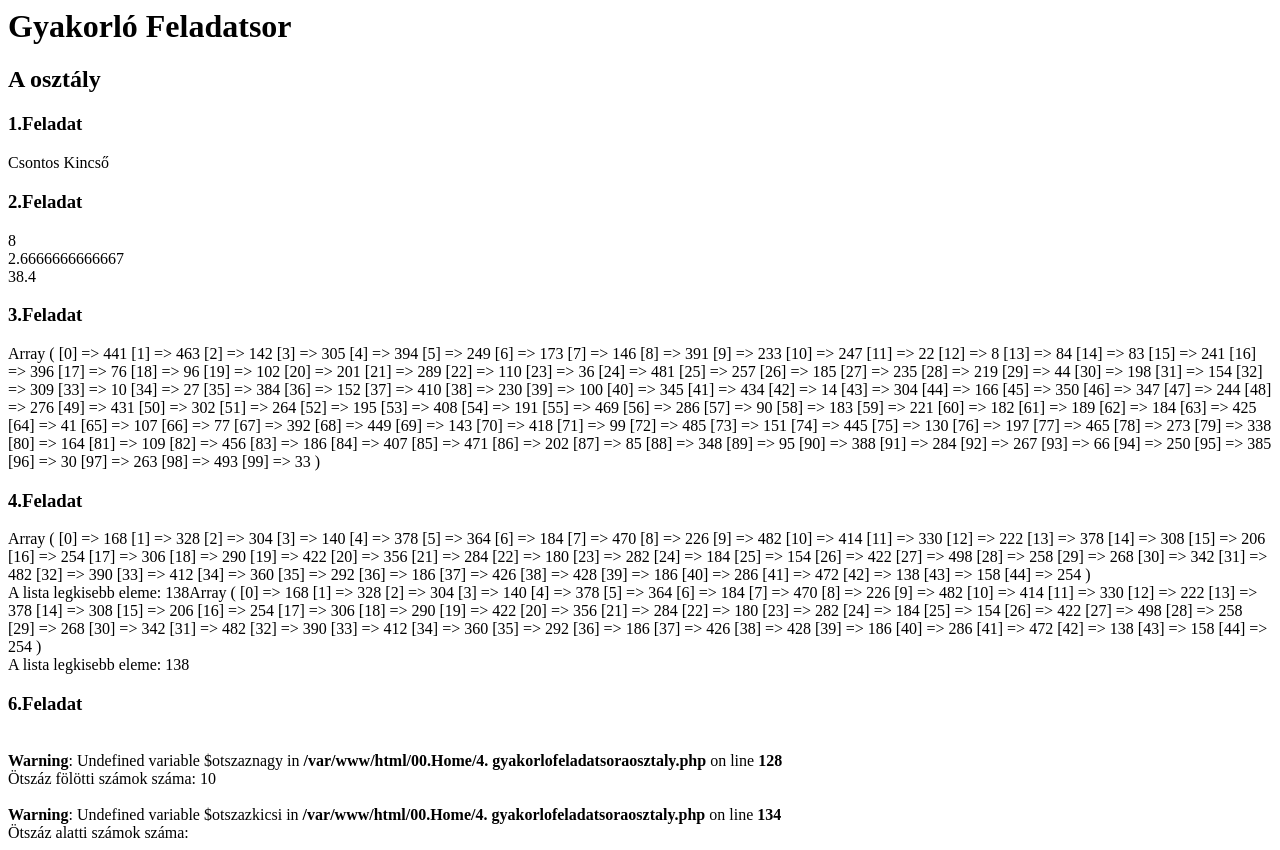
Repository: doomhyena/htdocs
Page: http://localhost/00.Home/4. gyakorlofeladatsoraosztaly.php
An editor plug-in stored every save of this project. The page is shown before and after a run of saves, followed by the edit.
The browser window is 1280 px wide. The pictures show the whole page.
The page is run by PHP 8.4 with error messages shown; the project is at /var/www/html/.

Above is the page before, as saved 2024-09-27 09:42:49.

### 00.Home/4. gyakorlofeladatsoraosztaly.php
<?php

echo "<h1>Gyakorló Feladatsor</h1>";
echo "<h2>A osztály</h2>";

echo "<h3>1.Feladat</h3>";

echo "Csontos Kincső";

// ----------------------------------------------------------------------

echo "<h3>2.Feladat</h3>";

$a = 2;
$b = 4;
$c = 8;
$d = 3;

echo $a * $b;
echo "<br>";
echo $c / $d;
echo "<br>";
echo ($a * $b * $c * $d) / ($a + $d);

// ----------------------------------------------------------------------

echo "<h3>3.Feladat</h3>";

$lista = array();
while(count($lista) < 100) {
    $rando = rand(0, 500);

    if(!in_array($rando, $lista)) {
        $lista[] = $rando;
    }
}

print_r($lista);

// ----------------------------------------------------------------------

echo "<h3>4.Feladat</h3>";

$lista = array();

for ($i = 0; $i < 100; $i++) {
    $random_szam = rand(0, 500);

    if ($random_szam > 100 && $random_szam % 2 === 0) {
        $lista[] = $random_szam;
    }
}

if (count($lista) > 0) {
    $legkisebb = $lista[0];  // Az első elemre állítjuk a kezdőértéket

    for ($i = 1; $i < count($lista); $i++) {
        if ($lista[$i] < $legkisebb) {
            $legkisebb = $lista[$i];
        }
    }
    print_r($lista);
    echo "<br>";
    echo "A lista legkisebb eleme: $legkisebb";
}


print_r($lista);
echo "<br>";
echo "A lista legkisebb eleme: $legkisebb";

// ----------------------------------------------------------------------

/*
echo "<h3>5.Feladat</h3>";

$lista = array();
while(count($lista) < 100) {
    $rando = rand(0, 1000);

    if(!in_array($rando, $lista)) {
        $lista[] = $rando;
    }
}

if (count($lista) > 0) {
    $legkisebb = $lista[0];
    $legnagyobb = $lista[0];
    // Legkisebb keresése
    for ($i = 1; $i < count($lista); $i++) {
        if ($lista[$i] < $legkisebb) {
            $legkisebb = $lista[$i];
        }
        // Legnagyobb keresése
        if ($lista[$i] > $legnagyobb) {
            $legnagyobb = $lista[$i];
        }
    }

    print_r($lista);
    echo "<br>";
    echo "A lista legkisebb eleme: $legkisebb <br>";
    echo "A lista legnagyobb eleme: $legnagyobb";

}
*/
// ----------------------------------------------------------------------

echo "<h3>6.Feladat</h3>";

$lista = array();
$hatszazkicsi = 0;
$htszaznagy = 0;

for ($i = 0; $i < 100; $i++) {
    $random_szam = rand(0, 1200);

    if ($random_szam % 2 === 0 && $random_szam > 300 && $random_szam < 900) {
        $lista[] = $random_szam;
    }
}

for ($i = 0; $i < count($lista); $i++) {
    if ($lista[$i] < 600) {
        $hatszazkicsi++;
    }
    if ($lista[$i] > 600) {
        $otszaznagy++;
    }
}

echo "Ötszáz fölötti számok száma: ". $otszaznagy;
echo "<br>";
echo "Ötszáz alatti számok száma: ". $otszazkicsi;

After the next 2 saves:
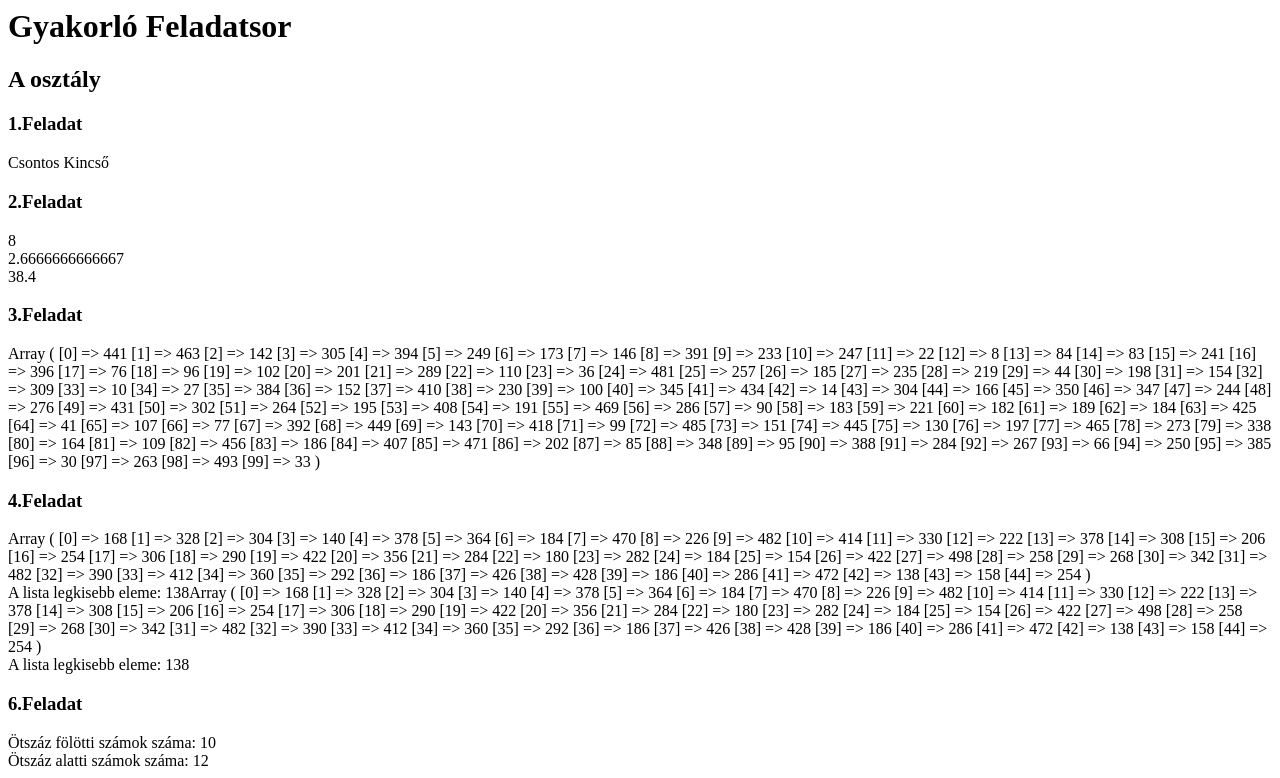
The 2 saves are shown as one change because they came seconds apart.
The last was saved 18 s later.
--- a/00.Home/4. gyakorlofeladatsoraosztaly.php
+++ b/00.Home/4. gyakorlofeladatsoraosztaly.php
@@ -125,10 +125,10 @@ for ($i = 0; $i < count($lista); $i++) {
         $hatszazkicsi++;
     }
     if ($lista[$i] > 600) {
-        $otszaznagy++;
+        $htszaznagy++;
     }
 }
 
-echo "Ötszáz fölötti számok száma: ". $otszaznagy;
+echo "Ötszáz fölötti számok száma: ". $htszaznagy;
 echo "<br>";
-echo "Ötszáz alatti számok száma: ". $otszazkicsi;
+echo "Ötszáz alatti számok száma: ". $hatszazkicsi;
